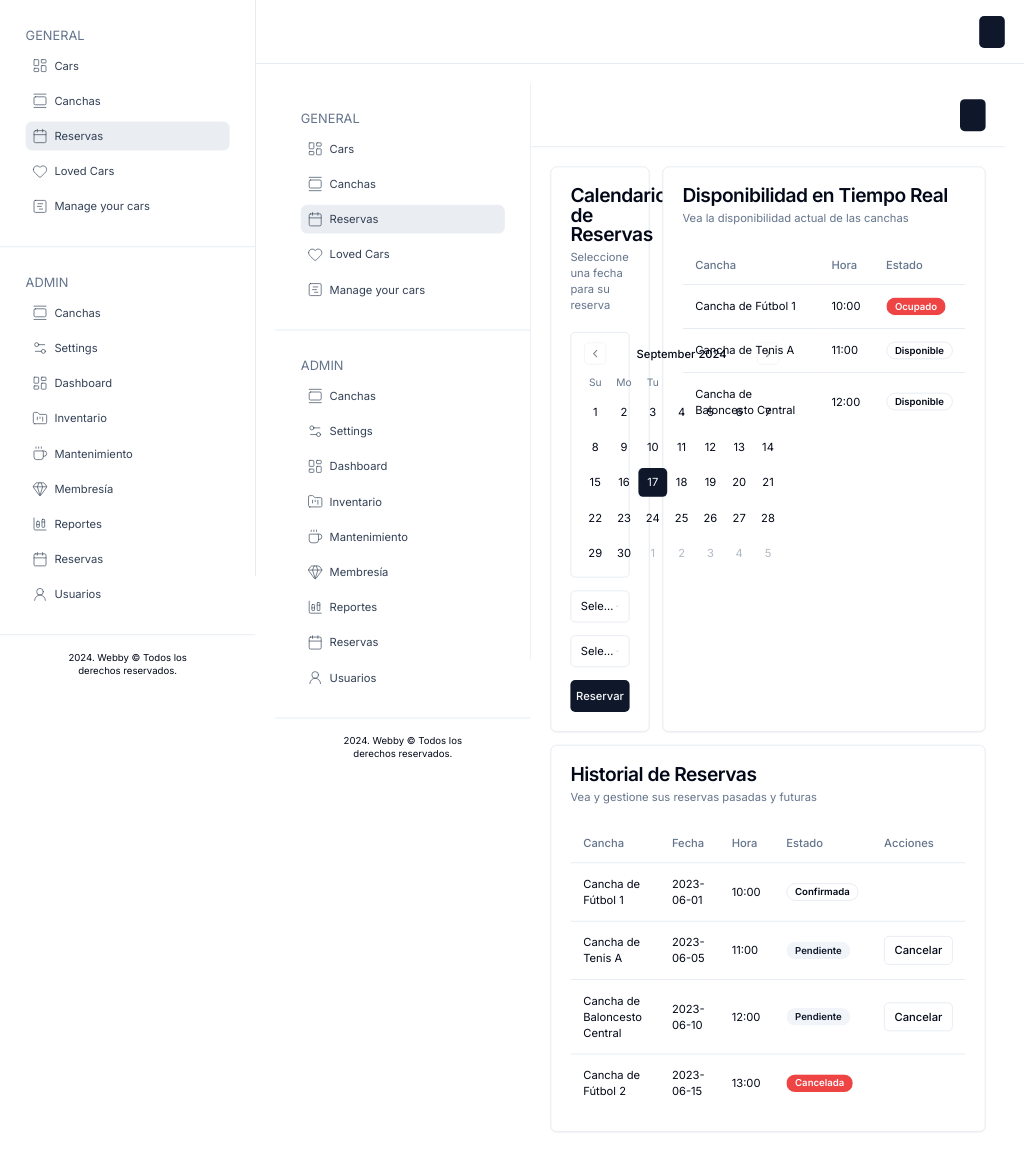
Repository: Jackson-sch/cdeporte
Page: /reservas
The author's editor kept a copy of each file at every save. The page is drawn from the files as they stood at one save, then again after the next save.
The browser window is 1280 px wide. The pictures show the whole page, at 80% of full size.
The project was rebuilt for these pictures with package versions that can differ from the ones it lists, and the page was loaded fresh each time. The framework's server and built-in components were replaced by stand-ins that run in the browser. Also part of the build but not shown: next.config.mjs, src/components/ui/label.jsx, src/components/ui/input.jsx, src/components/Reservas/HistorialReserva.jsx.

Above is the page before, as saved 2024-09-17 20:19:53.

After the next save:
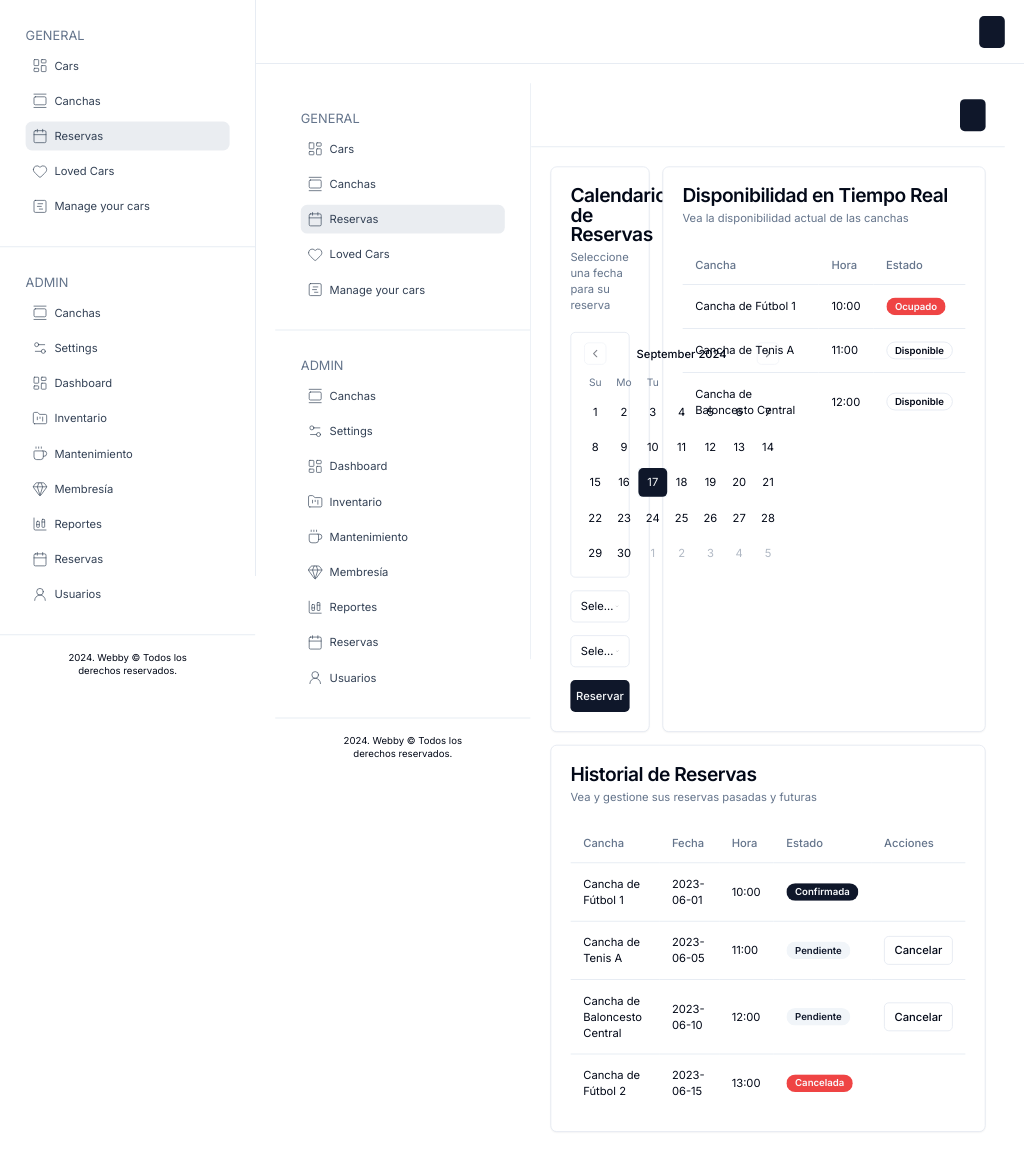
Saved 16 s later.
--- a/src/components/Reservas/ReservationHistory.jsx
+++ b/src/components/Reservas/ReservationHistory.jsx
@@ -100,7 +100,7 @@ export default function ReservationHistory() {
                   <Badge
                     variant={
                       reservation.status === "Confirmada"
-                        ? "primary"
+                        ? "default"
                         : reservation.status === "Cancelada"
                         ? "destructive"
                         : "secondary"
